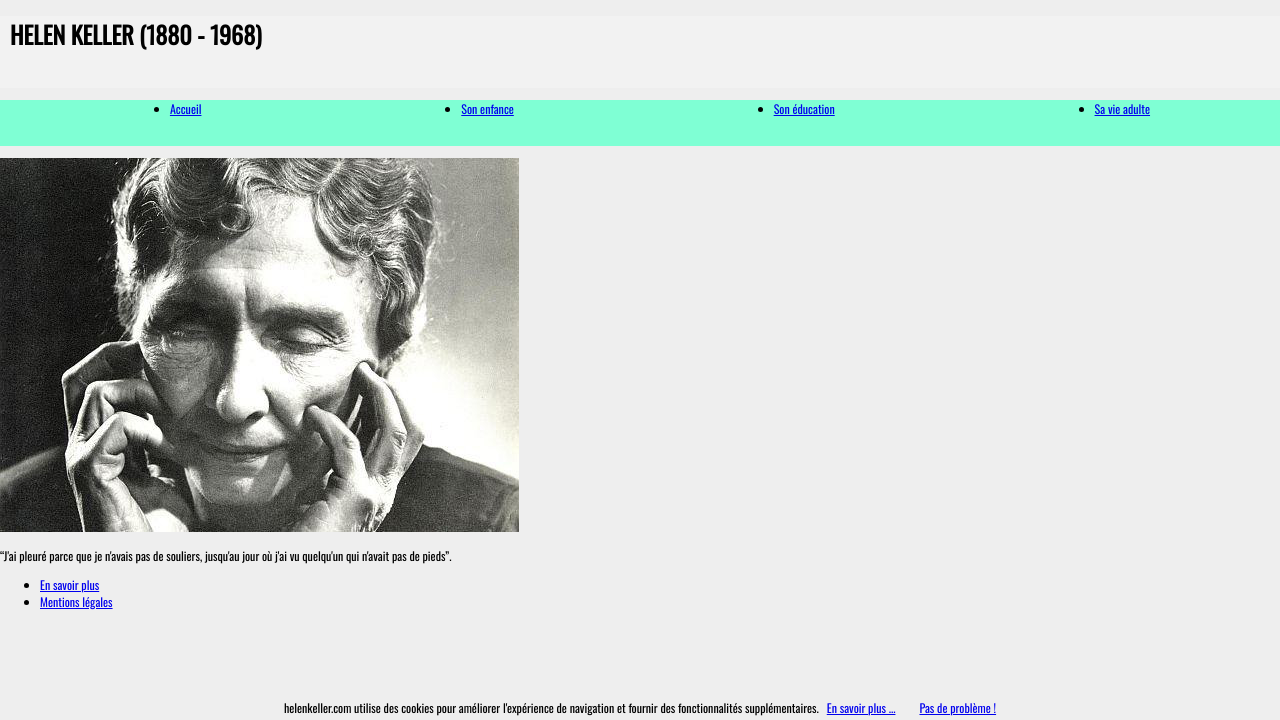
Repository: Luc010/Exercices
Page: HTML CSS/biographie_helen_keller/index.html
An editor plug-in stored every save of this project. The page is shown before and after the next save, followed by the edit.
The browser window is 1280 px wide. The pictures show the whole page.

Above is the page before, as saved 2019-09-05 16:21:50.

### HTML CSS/biographie_helen_keller/index.html
<!DOCTYPE html>
<html lang="fr">
<head>
    <title>Biographie Helen Keller - Accueil</title>
    <meta charset="UTF-8">
    <meta name="viewport" content="width=device-width, initial-scale=1.0">
    <meta http-equiv="X-UA-Compatible" content="ie=edge">
    <link href="style.css" rel="stylesheet">
</head>
<body>
    <header>
        <div class="brand">
            <h1>HELEN KELLER (1880 - 1968)</h1>
        </div>
    </header>
        <nav>
            <ul class="navbar">
                <li class="nav-link"><a href="index.html">Accueil</a></li>
                <li class="nav-link"><a href="enfance.html">Son enfance</a></li>
                <li class="nav-link"><a href="education.html">Son éducation</a></li>
                <li class="nav-link"><a href="adulte.html">Sa vie adulte</a></li>
            </ul>
        </nav>
        <main>
            <div class="container">
                <p><img src="img/hk.jpg" alt="helen Keller portrait"></p>
                <p>“J'ai pleuré parce que je n'avais pas de souliers, jusqu'au jour où j'ai vu quelqu'un qui n'avait pas de
                    pieds”.
                </p>
            </div>
        </main>
        <footer>
            <div class="container">
                <!-- ul>li*5>a{lien$} -->
                <ul>
                    <li><a href="savoirplus.html">En savoir plus</a></li>
                    <li><a href="mentions.html">Mentions légales</a></li>
                </ul>
            </div>
        </footer>
    <script src="cookiechoices.js"></script>
    <script>document.addEventListener('DOMContentLoaded', function(event) {
        cookieChoices.showCookieConsentBar('helenkeller.com utilise des cookies pour améliorer l\'expérience de navigation et fournir des fonctionnalités supplémentaires.',
          'Pas de problème !', 'En savoir plus ...', 'http://127.0.0.1:5500/biographie_helen_keller/adulte.html');
      });
    </script>
</body>
</html>

### HTML CSS/biographie_helen_keller/style.css
@import url('https://fonts.googleapis.com/css?family=Oswald&display=swap');

/* GENERAL */
*{
    box-sizing: border-box;
}
body{
    margin: 0;
    padding: 0;
    background-color: #eee;
    font-size: 12px;
    font-family: 'Oswald',corbel,calibri,sans-serif;
}
.navbar{
    display: flex;
    justify-content: space-around;
    height: 46px;
    background-color: aquamarine;
}
/* HEADER */

header{
    background-color: #f2f2f2;
    height: 72px;
}
.brand{
    text-indent: 10px;
}

### HTML CSS/biographie_helen_keller/cookiechoices.js
/*
 Copyright 2014 Google Inc. All rights reserved.

 Licensed under the Apache License, Version 2.0 (the "License");
 you may not use this file except in compliance with the License.
 You may obtain a copy of the License at

 http://www.apache.org/licenses/LICENSE-2.0

 Unless required by applicable law or agreed to in writing, software
 distributed under the License is distributed on an "AS IS" BASIS,
 WITHOUT WARRANTIES OR CONDITIONS OF ANY KIND, either express or implied.
 See the License for the specific language governing permissions and
 limitations under the License.
 */

(function(window) {

  if (!!window.cookieChoices) {
    return window.cookieChoices;
  }

  var document = window.document;
  // IE8 does not support textContent, so we should fallback to innerText.
  var supportsTextContent = 'textContent' in document.body;

  var cookieChoices = (function() {

    var cookieName = 'displayCookieConsent';
    var cookieConsentId = 'cookieChoiceInfo';
    var dismissLinkId = 'cookieChoiceDismiss';

    function _createHeaderElement(cookieText, dismissText, linkText, linkHref) {
      var butterBarStyles = 'position:fixed;width:100%;background-color:#eee;' +
          'margin:0; left:0; bottom:0;padding:4px;z-index:1000;text-align:center;';

      var cookieConsentElement = document.createElement('div');
      cookieConsentElement.id = cookieConsentId;
      cookieConsentElement.style.cssText = butterBarStyles;
      cookieConsentElement.appendChild(_createConsentText(cookieText));

      if (!!linkText && !!linkHref) {
        cookieConsentElement.appendChild(_createInformationLink(linkText, linkHref));
      }
      cookieConsentElement.appendChild(_createDismissLink(dismissText));
      return cookieConsentElement;
    }

    function _createDialogElement(cookieText, dismissText, linkText, linkHref) {
      var glassStyle = 'position:fixed;width:100%;height:100%;z-index:999;' +
          'top:0;left:0;opacity:0.5;filter:alpha(opacity=50);' +
          'background-color:#ccc;';
      var dialogStyle = 'z-index:1000;position:fixed;left:50%;top:50%';
      var contentStyle = 'position:relative;left:-50%;margin-top:-25%;' +
          'background-color:#fff;padding:20px;box-shadow:4px 4px 25px #888;';

      var cookieConsentElement = document.createElement('div');
      cookieConsentElement.id = cookieConsentId;

      var glassPanel = document.createElement('div');
      glassPanel.style.cssText = glassStyle;

      var content = document.createElement('div');
      content.style.cssText = contentStyle;

      var dialog = document.createElement('div');
      dialog.style.cssText = dialogStyle;

      var dismissLink = _createDismissLink(dismissText);
      dismissLink.style.display = 'block';
      dismissLink.style.textAlign = 'right';
      dismissLink.style.marginTop = '8px';

      content.appendChild(_createConsentText(cookieText));
      if (!!linkText && !!linkHref) {
        content.appendChild(_createInformationLink(linkText, linkHref));
      }
      content.appendChild(dismissLink);
      dialog.appendChild(content);
      cookieConsentElement.appendChild(glassPanel);
      cookieConsentElement.appendChild(dialog);
      return cookieConsentElement;
    }

    function _setElementText(element, text) {
      if (supportsTextContent) {
        element.textContent = text;
      } else {
        element.innerText = text;
      }
    }

    function _createConsentText(cookieText) {
      var consentText = document.createElement('span');
      _setElementText(consentText, cookieText);
      return consentText;
    }

    function _createDismissLink(dismissText) {
      var dismissLink = document.createElement('a');
      _setElementText(dismissLink, dismissText);
      dismissLink.id = dismissLinkId;
      dismissLink.href = '#';
      dismissLink.style.marginLeft = '24px';
      return dismissLink;
    }

    function _createInformationLink(linkText, linkHref) {
      var infoLink = document.createElement('a');
      _setElementText(infoLink, linkText);
      infoLink.href = linkHref;
      infoLink.target = '_blank';
      infoLink.style.marginLeft = '8px';
      return infoLink;
    }

    function _dismissLinkClick() {
      _saveUserPreference();
      _removeCookieConsent();
      return false;
    }

    function _showCookieConsent(cookieText, dismissText, linkText, linkHref, isDialog) {
      if (_shouldDisplayConsent()) {
        _removeCookieConsent();
        var consentElement = (isDialog) ?
            _createDialogElement(cookieText, dismissText, linkText, linkHref) :
            _createHeaderElement(cookieText, dismissText, linkText, linkHref);
        var fragment = document.createDocumentFragment();
        fragment.appendChild(consentElement);
        document.body.appendChild(fragment.cloneNode(true));
        document.getElementById(dismissLinkId).onclick = _dismissLinkClick;
      }
    }

    function showCookieConsentBar(cookieText, dismissText, linkText, linkHref) {
      _showCookieConsent(cookieText, dismissText, linkText, linkHref, false);
    }

    function showCookieConsentDialog(cookieText, dismissText, linkText, linkHref) {
      _showCookieConsent(cookieText, dismissText, linkText, linkHref, true);
    }

    function _removeCookieConsent() {
      var cookieChoiceElement = document.getElementById(cookieConsentId);
      if (cookieChoiceElement != null) {
        cookieChoiceElement.parentNode.removeChild(cookieChoiceElement);
      }
    }

    function _saveUserPreference() {
      // Set the cookie expiry to one year after today.
      var expiryDate = new Date();
      expiryDate.setFullYear(expiryDate.getFullYear() + 1);
      document.cookie = cookieName + '=y; expires=' + expiryDate.toGMTString();
    }

    function _shouldDisplayConsent() {
      // Display the header only if the cookie has not been set.
      return !document.cookie.match(new RegExp(cookieName + '=([^;]+)'));
    }

    var exports = {};
    exports.showCookieConsentBar = showCookieConsentBar;
    exports.showCookieConsentDialog = showCookieConsentDialog;
    return exports;
  })();

  window.cookieChoices = cookieChoices;
  return cookieChoices;
})(this);

After the next save:
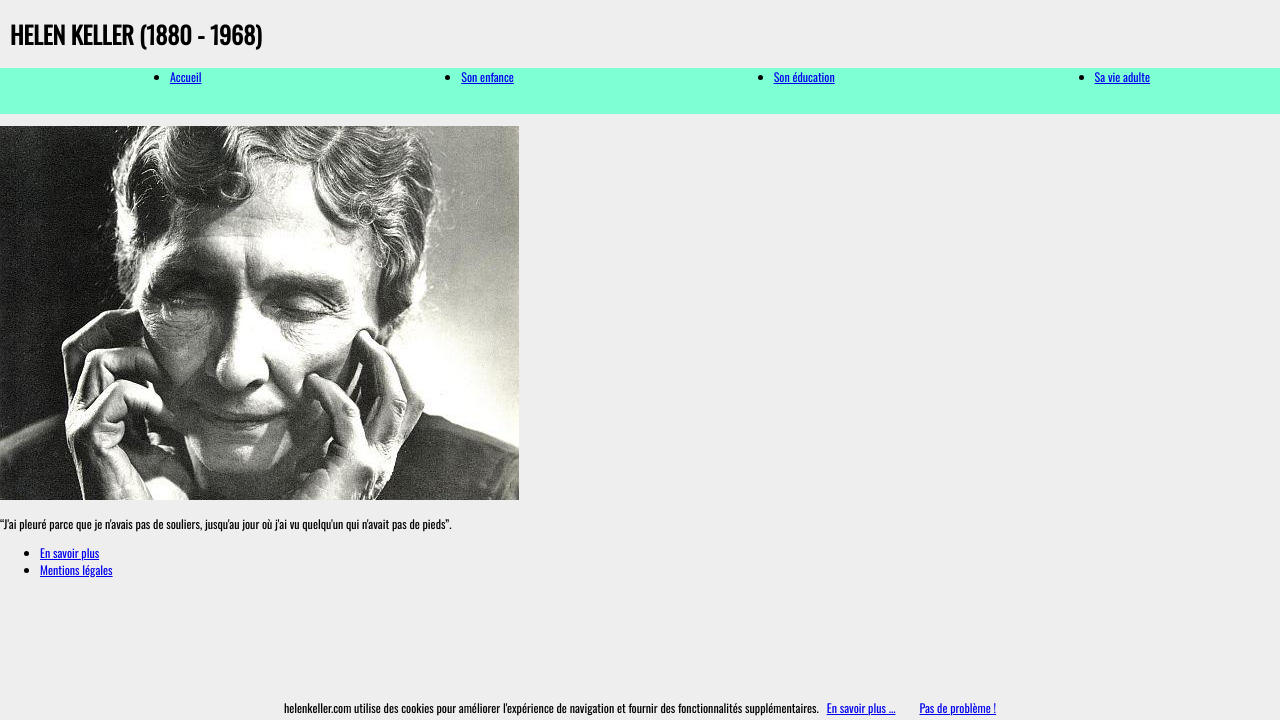
Saved 11 s later.
--- a/HTML CSS/biographie_helen_keller/style.css
+++ b/HTML CSS/biographie_helen_keller/style.css
@@ -17,6 +17,7 @@ body{
     height: 46px;
     background-color: aquamarine;
 }
+.nav
 /* HEADER */
 
 header{

After the save that followed:
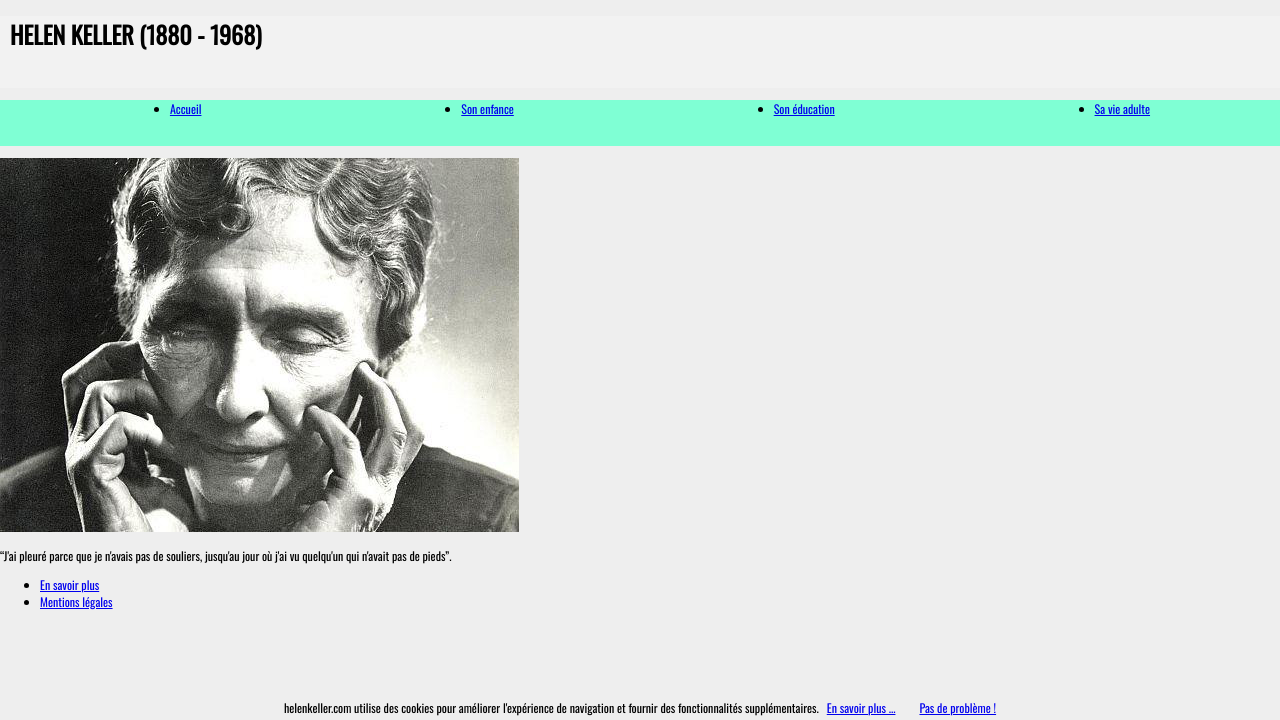
Saved 6 s later.
--- a/HTML CSS/biographie_helen_keller/style.css
+++ b/HTML CSS/biographie_helen_keller/style.css
@@ -17,7 +17,9 @@ body{
     height: 46px;
     background-color: aquamarine;
 }
-.nav
+.navlink{
+
+}
 /* HEADER */
 
 header{
